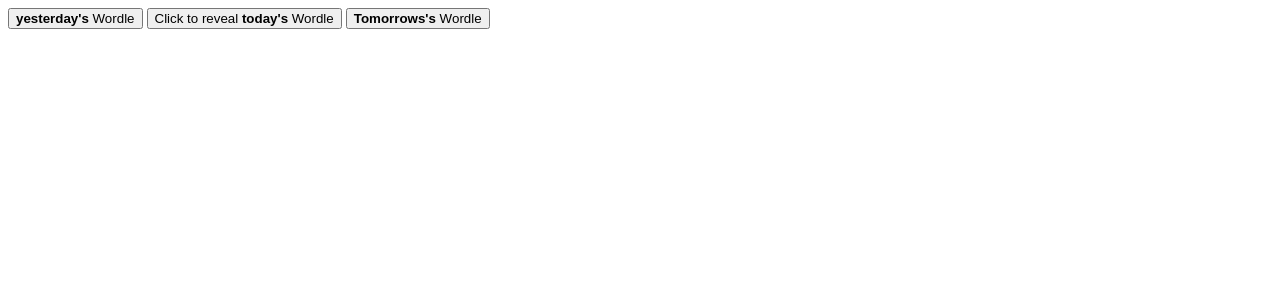
Repository: enoripl/tomorrows-wordle
Page: index.html
An editor plug-in stored every save of this project. The page is shown before and after the next save, followed by the edit.
The browser window is 1280 px wide. The pictures show the whole page.

Above is the page before, as saved 2022-02-09 16:21:58.

After the next save:
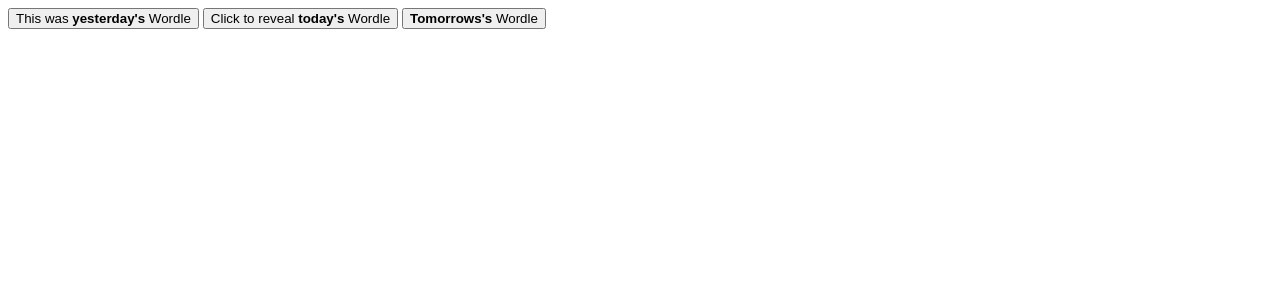
Saved 20 s later.
--- a/index.html
+++ b/index.html
@@ -9,7 +9,7 @@
     <title>Today's (and tommorow's Worlde)</title>
   </head>
   <body>
-      <button id="yesterdays-btn"><b>yesterday's</b> Wordle</button>
+      <button id="yesterdays-btn">This was <b>yesterday's</b> Wordle</button>
       <button id="todays-btn">Click to reveal <b>today's</b> Wordle</button>
       <button id="tomorrows-btn"><b>Tomorrows's</b> Wordle</button>
   </body>
